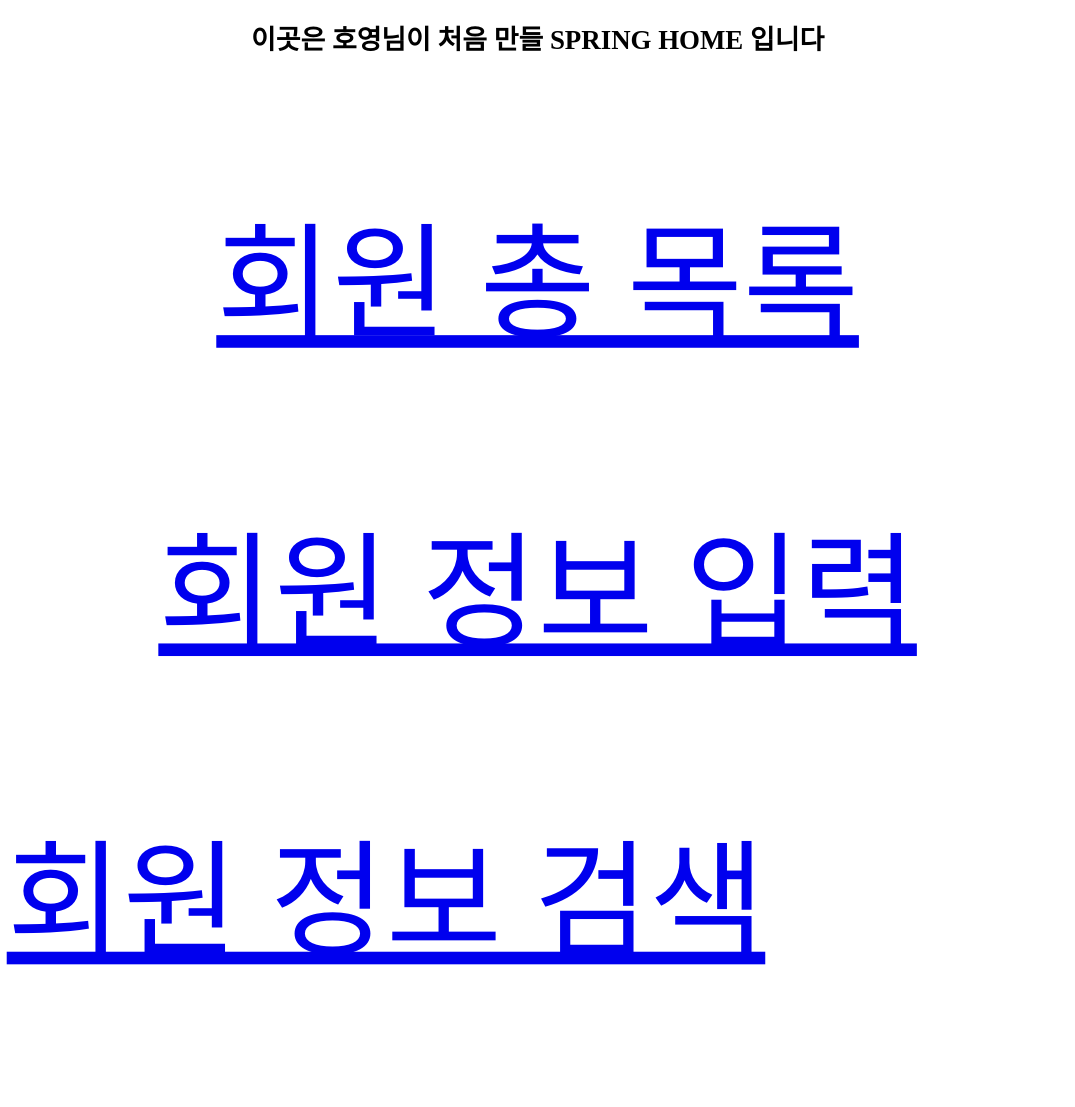
Repository: sopo9909/spring
Page: http://localhost/dev/WEB-INF/views/customer/main.jsp
The author's editor kept a copy of each file at every save. The page is drawn from the files as they stood at one save, then again after the next save.
The browser window is 1280 px wide. The pictures show the whole page, at 84% of full size.
The page is served by Tomcat 9. Nobody is signed in. The template is opened directly, without the code that normally fills it, so the values that code supplies are empty.

Above is the page before, as saved 2021-05-07 07:56:21.

After the next save:
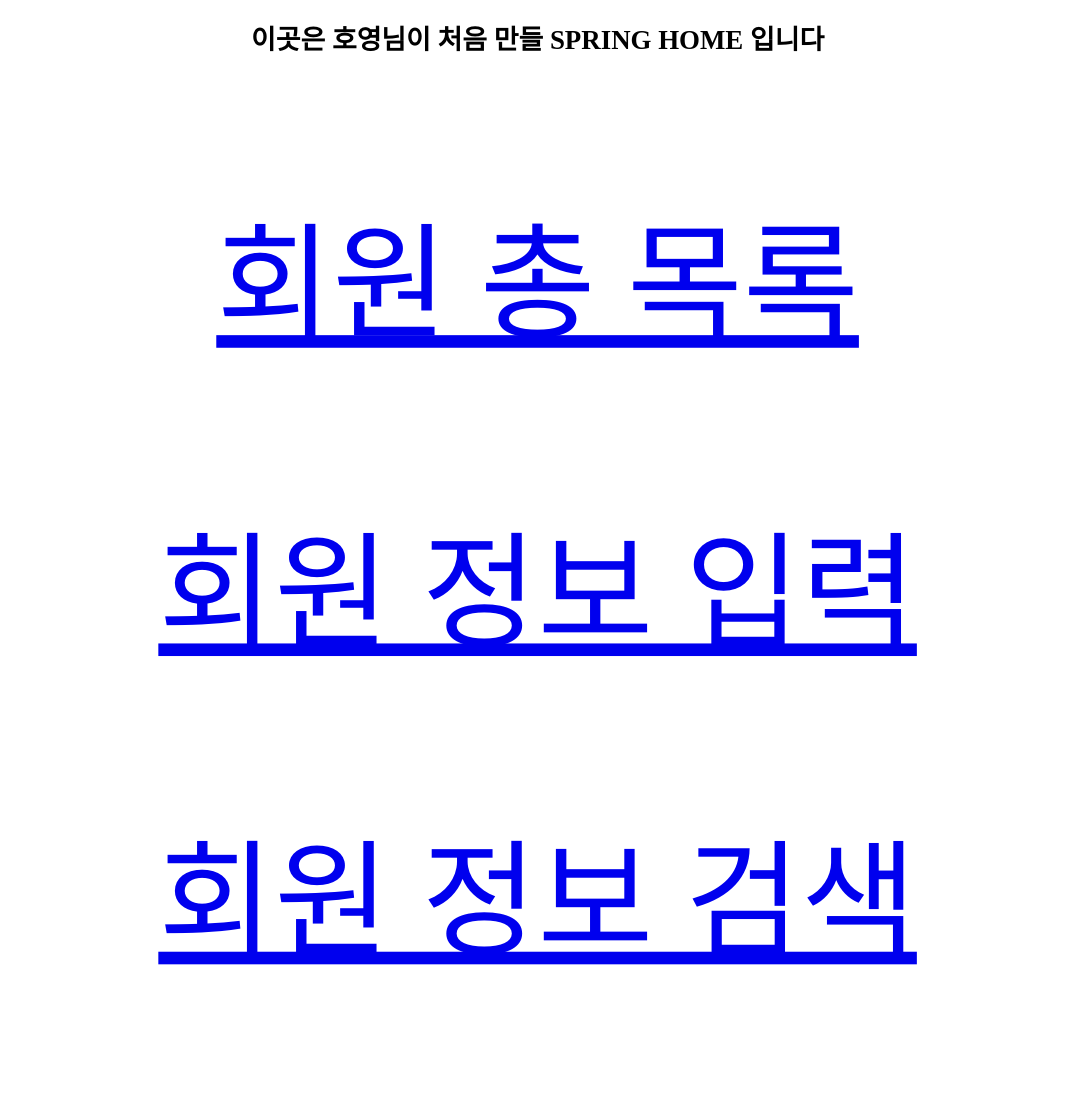
Saved 91 s later.
--- a/dev/src/main/webapp/WEB-INF/views/customer/main.jsp
+++ b/dev/src/main/webapp/WEB-INF/views/customer/main.jsp
@@ -14,6 +14,7 @@
 	   <p style="font-size:150px;">
 	   <a href="/create">회원 정보 입력</a>
 	   </p></center>
+	   <center>
 	   <p style="font-size:150px;">
 	   <a href="/search">회원 정보 검색</a>
 	   </p></center>
